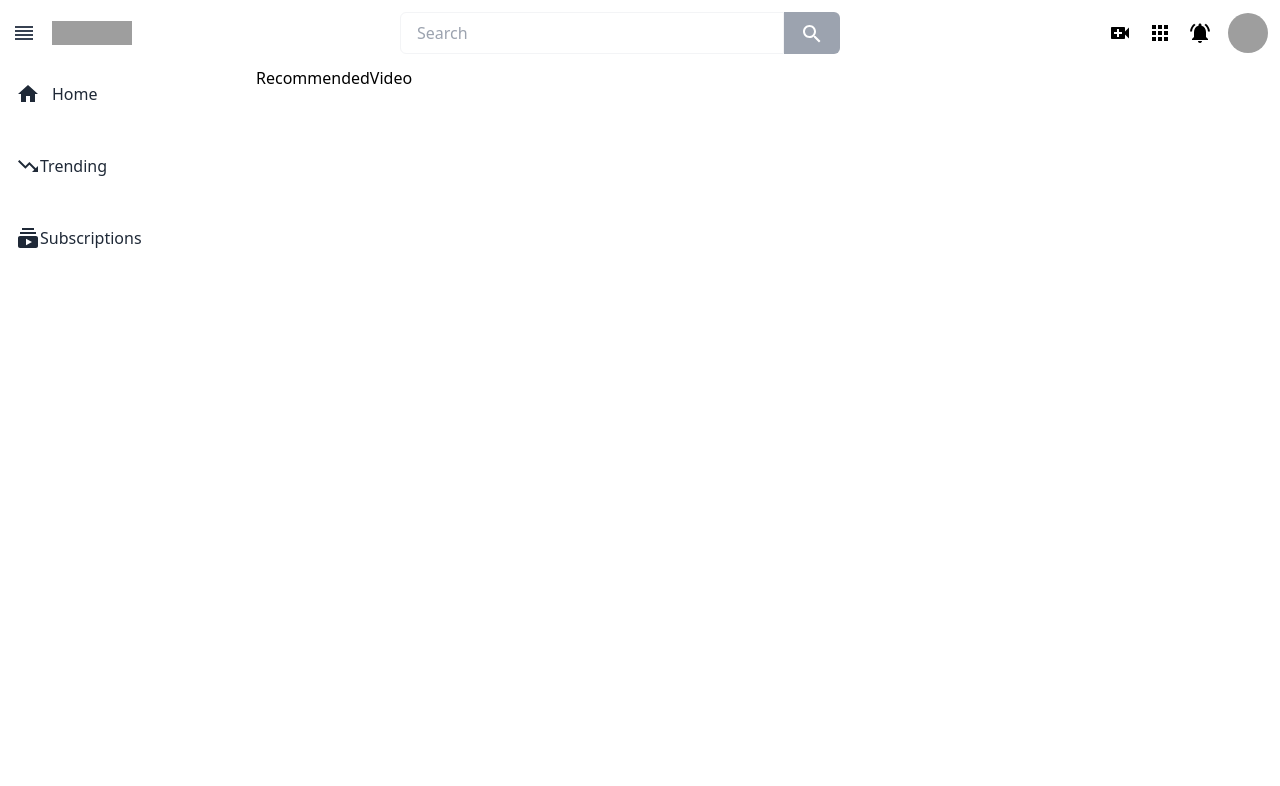
Repository: Shamraiz761/Youtube-clone
Page: /
An editor plug-in stored every save of this project. The page is shown before and after the next save, followed by the edit.
The browser window is 1280 px wide. The pictures show the whole page.
Pictures or frames that could not be fetched are drawn as grey boxes. The project was rebuilt for these pictures with package versions that can differ from the ones it lists, and the page was loaded fresh each time. Also part of the build but not shown: vite.config.js.

Above is the page before, as saved 2024-01-19 20:02:56.

After the next save:
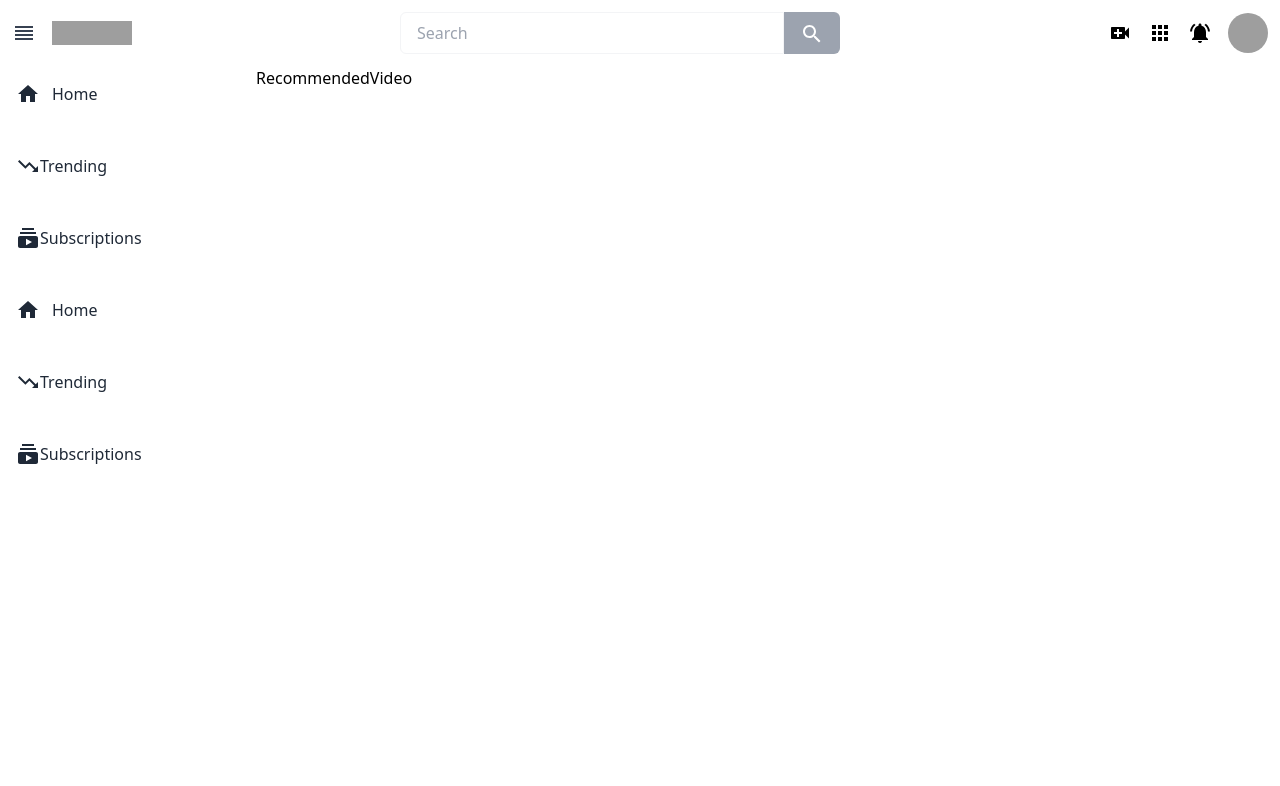
Saved 8 s later.
--- a/src/components/sidebar/Sidebar.jsx
+++ b/src/components/sidebar/Sidebar.jsx
@@ -19,6 +19,15 @@
           <li className="p-4 hover:bg-gray-700 cursor-pointer flex items-center">
            <Subscriptions /> Subscriptions
           </li>
+          <li className="p-4 hover:bg-gray-700 cursor-pointer flex items-center">
+           <Home className='mr-3'/> Home
+          </li>
+          <li className="p-4 hover:bg-gray-700 cursor-pointer flex items-center">
+           <TrendingDown /> Trending
+          </li>
+          <li className="p-4 hover:bg-gray-700 cursor-pointer flex items-center">
+           <Subscriptions /> Subscriptions
+          </li>
 
         </ul>
       </div>
